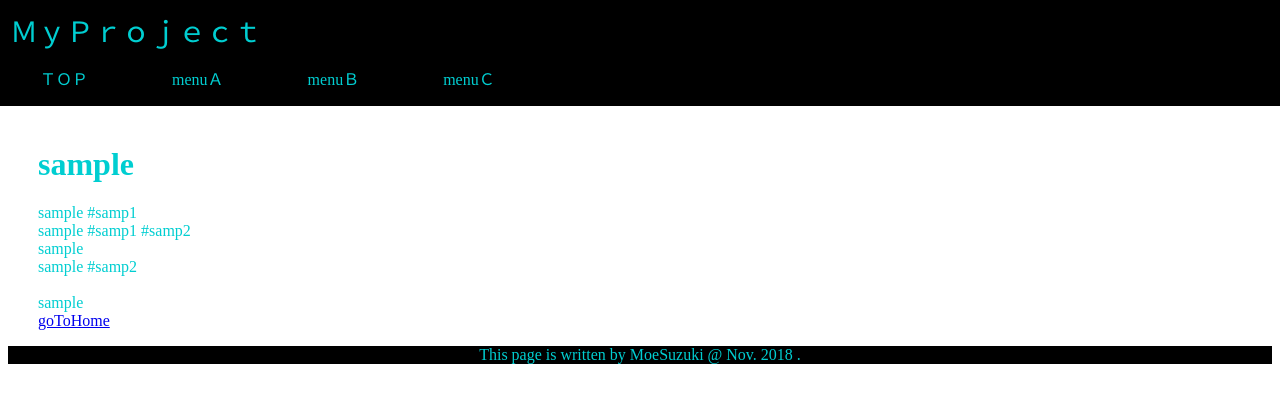
Repository: user10112018/test
Page: http://localhost/MyProject/jquery.jsp
These files come from the project's save history. The page is drawn as it stood at one moment and after the next save; the edit follows.
The browser window is 1280 px wide. The pictures show the whole page.
After loading, the first visible `h1` was clicked once.
The page is served by Tomcat 9. Other server files are loaded and not shown.

Above is the page before, as saved 2018-11-20 06:44:52.

### MyProject/WebContent/jquery.jsp
<%@ page language="java" contentType="text/html; charset=UTF-8"
    pageEncoding="UTF-8"%>
<%@ taglib prefix="s" uri="/struts-tags" %>
<!DOCTYPE html>
<html>
<head>
<meta charset="UTF-8">
<link rel="stylesheet" href="./css/style01.css">
<script src="https://ajax.googleapis.com/ajax/libs/jquery/3.3.1/jquery.min.js"></script>

<title>jQuery</title>

<stylet>
#main {
	text-align:center;
	}
</stylet>


</head>


<body>

<!-- スクリプトファイル指定 -->
<script type="text/javascript" src="./javascript/script.js"></script>

<!-- ============== ココカラ =============== -->

<!-- ==== header ===== -->
<header>

<div id="logo">ＭｙＰｒｏｊｅｃｔ</div>



<div id="menu">

<ul>
   <li>ＴＯＰ</li>
   <li>menuＡ</li>
   <li>menuＢ</li>
   <li>menuＣ</li>
</ul>

</div>

</header>

<!-- ==== main ===== -->

<div id="main">
<div id="main-container">

<h1>
sample
<br>
</h1>

<div class="samp1">
sample   #samp1
<br>

<div class="samp2">
sample   #samp1 #samp2
<br>
</div>
</div>

sample
<br>


<div class="samp2">
sample  #samp2
</div>
<br>

sample
<br>



<a href='index.jsp'>goToHome</a>
</div>



<!-- ======================= ココマデ ===================================== -->
</div>

<!-- ==== footer ===== -->
<footer>
<p>This page is written by MoeSuzuki   @ Nov. 2018 .</p>
</footer>

</body>
</html>

### MyProject/WebContent/css/style01.css
@CHARSET "UTF-8";

body {
/* 	color: red; */
/*     color: #008b8b; */
/*     width: 1080px; */
    color: #00ced1;
	font-family: 'メイリオ';
}


header{
/* 	position: absolute; だとスクロールで見えなくなる */
/* 	position: absolute; */
/* 	position: fixed; だとスクロールしても動かない */
	position: fixed;
	left: 0px;
	top: 0px;
	background-color: black;
	width: 100%;
/* 	white-space: nowrap; */
}


#logo{
	font-size: 28px;
/* 	color: red; */
/* 	font-family:  */
    padding-top: 10px;
    padding-left: 10px;
    white-space: nowrap;


}

#menu{
/* 	width: 100%; */
	heiht: 70px;
	background-color: black;
/* 	white-space: nowrap; */
/*     overflow-x: scroll;  これを入れるとナビゲーション用の横スクロールバーが出現する*/
}

#menu ul{
/* 	padding-right: 20px; */
/* white-space: nowrap; */
white-space: nowrap;

}

#menu ul li{
/* 	float: left; */
    display: inline-block;
	list-style: none;
/* 	color: red; */
	font-size: 16px;
	padding-right: 80px;
/* 	text-align: left; */
    height: 24px;
/*     white-space: nowrap; */
}

main{
	clear: both;
	white-space: nowrap;
/* 	これをここに入れるとテーブルの項目が改行されなくなる */
}

#main-container{
	width: 90%;
	margin-top: 120px;
	margin-left: 30px;
/* 	left: 30px; */
}

footer{
	clear: both;
/* 	position: absolute; */
	bottom: 0px;
	left: 0px;
	background-color: black;
	width: 100%;
/* 	height: 24px; */
/* 	margin-top: 10px; */
/* 	margin-bottom: 0px; */
/* 	margin-left: 0px; */

/* 	margin: 0 auto; */
	text-align: center;

}

### MyProject/WebContent/javascript/script.js
/**
 *
 */
jQuery (function(){

// ここにjQueryを書いていく

	$("h1").click(function(){
		$("#samp2").fadeIn("slow");
		$("#samp1 #samp2").fadeOut("slow");
	})




});

After the next save:
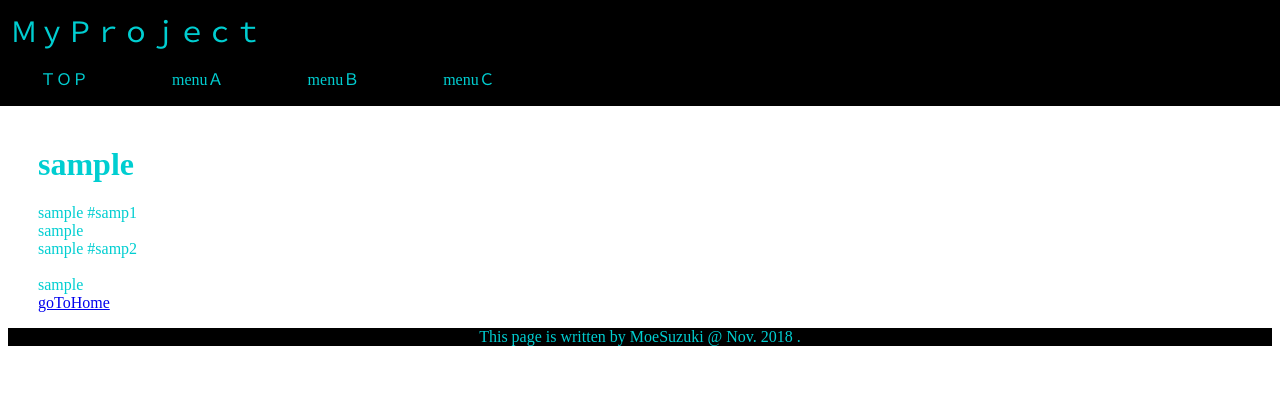
Saved 11 s later.
--- a/MyProject/WebContent/javascript/script.js
+++ b/MyProject/WebContent/javascript/script.js
@@ -6,8 +6,8 @@ jQuery (function(){
 // ここにjQueryを書いていく
 
 	$("h1").click(function(){
-		$("#samp2").fadeIn("slow");
-		$("#samp1 #samp2").fadeOut("slow");
+		$(".samp2").fadeIn("slow");
+		$(".samp1 .samp2").fadeOut("slow");
 	})
 
 
